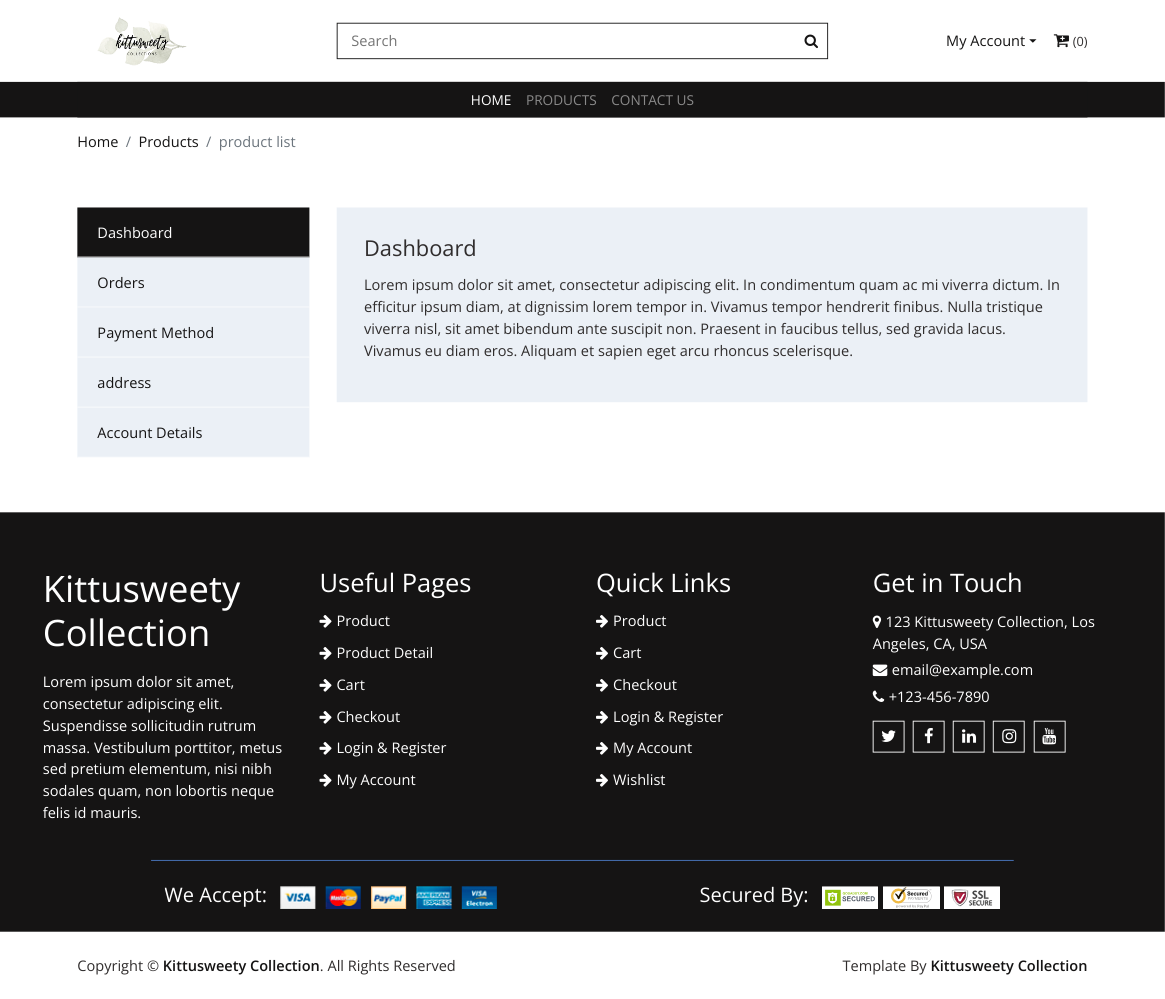
Repository: vishvakarmadiya/laravel_ecommerce
Page: http://localhost/kittu/profile
An editor plug-in stored every save of this project. The page is shown before and after the next save, followed by the edit.
The browser window is 1280 px wide. The pictures show the whole page, at 91% of full size.
The page is served by the project's Laravel application, run on PHP 8.4 with Laravel 12. Queries for data that is not in the repository find no rows.

Above is the page before, as saved 2025-03-04 12:57:57.

After the next save:
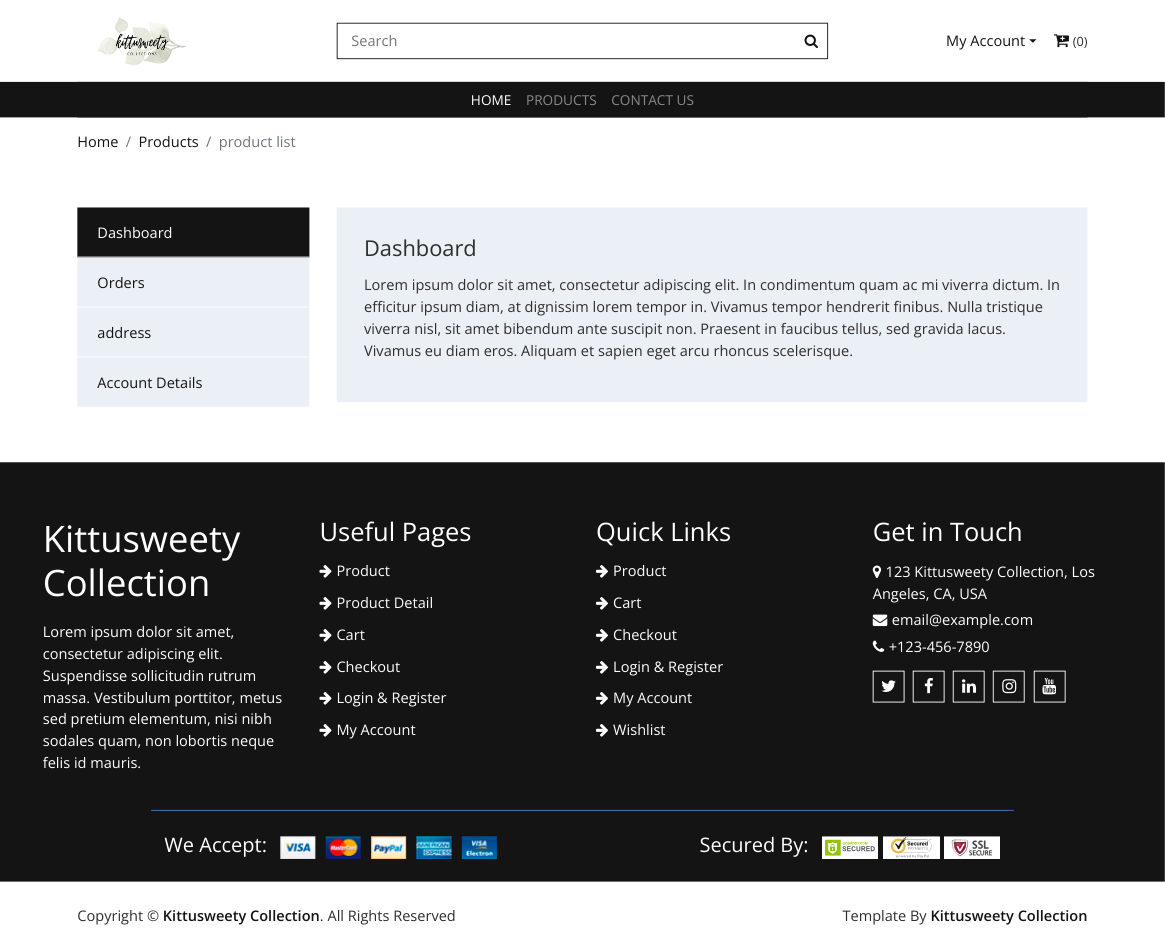
Saved 26 s later.
--- a/resources/views/font/profile.blade.php
+++ b/resources/views/font/profile.blade.php
@@ -32,7 +32,6 @@
                     <div class="nav flex-column nav-pills" role="tablist" aria-orientation="vertical">
                         <a class="nav-link active" id="dashboard-nav" data-toggle="pill" href="#dashboard-tab" role="tab">Dashboard</a>
                         <a class="nav-link" id="orders-nav" data-toggle="pill" href="#orders-tab" role="tab">Orders</a>
-                        <a class="nav-link" id="payment-nav" data-toggle="pill" href="#payment-tab" role="tab">Payment Method</a>
                         <a class="nav-link" id="address-nav" data-toggle="pill" href="#address-tab" role="tab">address</a>
                         <a class="nav-link" id="account-nav" data-toggle="pill" href="#account-tab" role="tab">Account Details</a>
                     </div>
